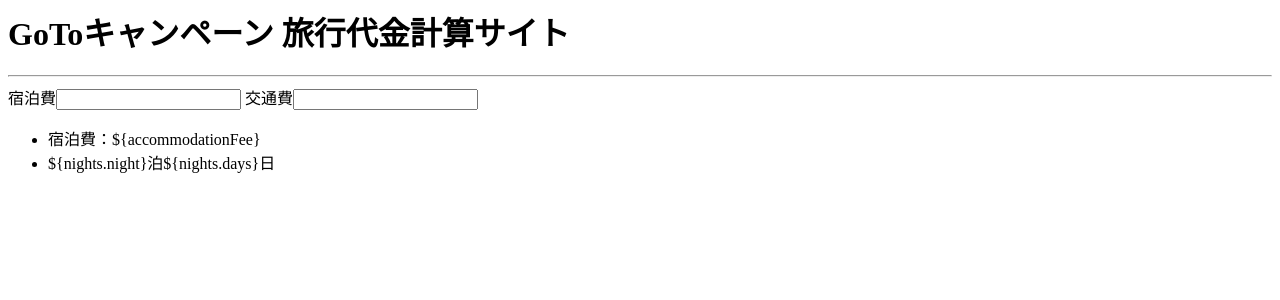
Repository: Ischca/ischca.github.io
Page: src/my-app.html
The author's editor kept a copy of each file at every save. The page is drawn from the files as they stood at one save, then again after the next save.
The browser window is 1280 px wide. The pictures show the whole page.

Above is the page before, as saved 2020-10-02 14:43:09.

After the next save:
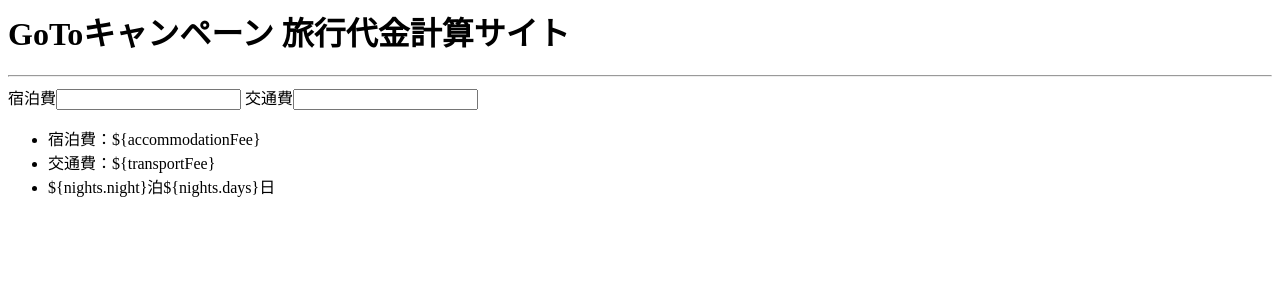
Saved 10 s later.
--- a/src/my-app.html
+++ b/src/my-app.html
@@ -20,6 +20,9 @@
                 宿泊費：${accommodationFee}
             </li>
             <li>
+                交通費：${transportFee}
+            </li>
+            <li>
                 ${nights.night}泊${nights.days}日
             </li>
         </ul>
